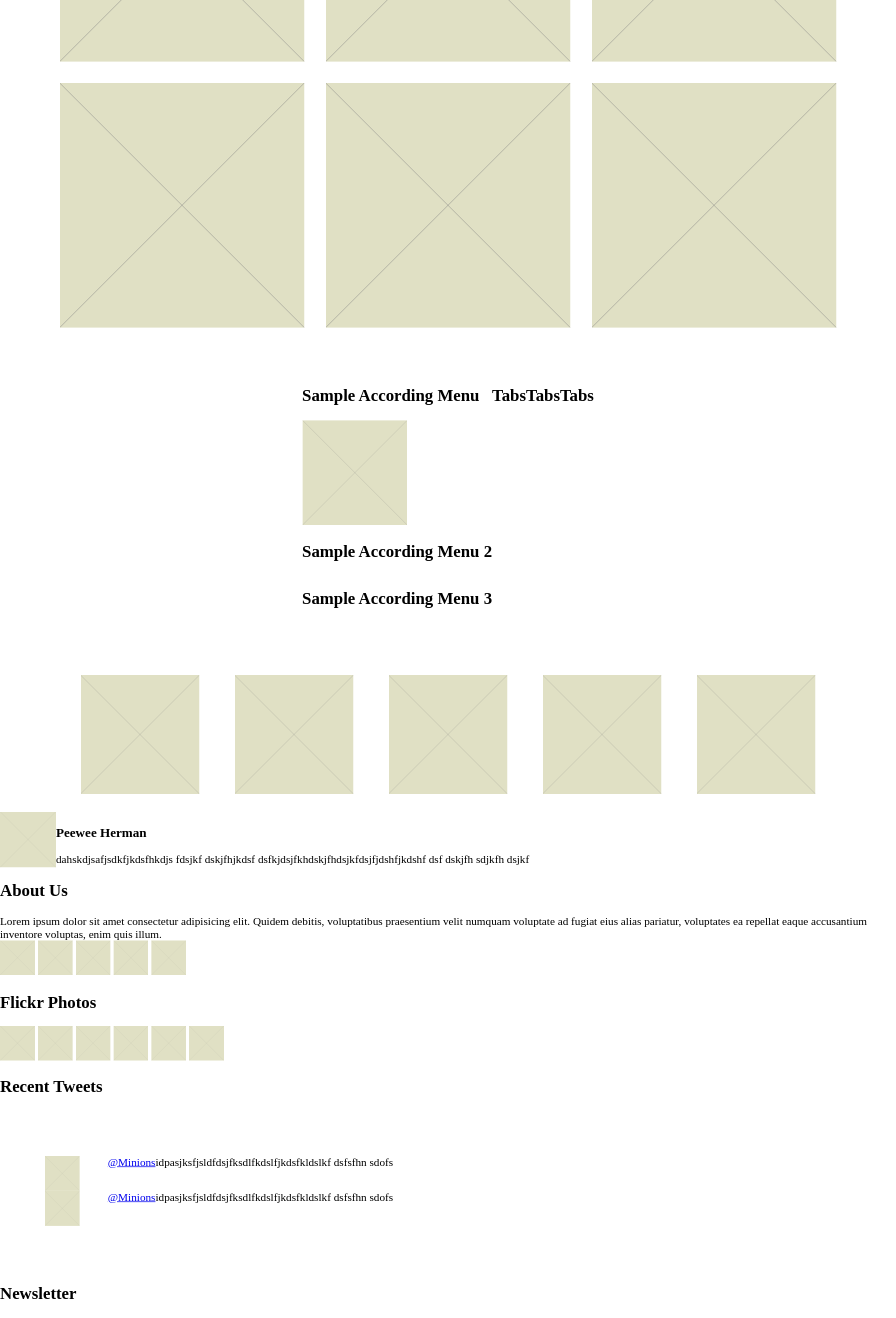
Repository: ReallyNguyen/responsive-web
Page: index.html
An editor plug-in stored every save of this project. The page is shown before and after the next save, followed by the edit.
The browser window is 1280 px wide. The pictures show the part of the page from y = 1305 to 3225 px (the page is 3188 px tall before and 3225 px after), at 70% of full size.

Above is the page before, as saved 2023-01-25 22:18:45.

### index.html
<!doctype html>
<html class="no-js" lang="">

<head>
  <meta charset="utf-8">
  <title></title>
  <meta name="description" content="">
  <meta name="viewport" content="width=device-width, initial-scale=1">

  <meta property="og:title" content="">
  <meta property="og:type" content="">
  <meta property="og:url" content="">
  <meta property="og:image" content="">

  <link rel="manifest" href="site.webmanifest">
  <link rel="apple-touch-icon" href="icon.png">
  <!-- Place favicon.ico in the root directory -->

  <link rel="stylesheet" href="css/normalize.css">
  <link rel="stylesheet" href="css/main.css">

  <meta name="theme-color" content="#fafafa">
</head>

<body>
  <header>
    <div class="nav-bar">
      <h1 class="company-name" >Metrolics</h1>
      <img class="logo" src="placeholder.svg" alt="company logo" width="50" height="50">
      <img class="accordian" src="placeholder.svg" alt="accordian here" width="50" height="50">

    </div>

    <div class="introduction">
      <h1> Hey guys! This is the Metrolics theme. It sports a responsive layout with a mobile layout.</h1>
    </div>


  </header>



  <article>

    <div class="Title">
      <h1>
        Things we do
      </h1>
      <p>
        ask what we do
      </p>
    </div>

    <main>

      <div class="Contents">
        <div class="Content">
          <img src="placeholder.svg" alt="" width="50" height="50">
          <div class="Description">
            <h4 class="topic">
              Web Solution
            </h4>
            <p> ajisdjsad</p>
          </div>
        </div>

        <div class="Content">
          <img src="placeholder.svg" alt="" width="50" height="50">
          <div class="Description">
            <h4 class="topic">
              Photography
            </h4>
            <p> ajisdjsad</p>
          </div>
        </div>

        <div class="Content">
          <img src="placeholder.svg" alt="" width="50" height="50">
          <div class="Description">
            <h4 class="topic">
              Web Development
            </h4>
            <p> ajisdjsad</p>
          </div>
        </div>

        <div class="Content">
          <img src="placeholder.svg" alt="" width="50" height="50">
          <div class="Description">
            <h4 class="topic">
              Web Design
            </h4>
            <p> ajisdjsad</p>
          </div>
        </div>



      </div>

      <div class="whats_up_lately">

        <div class="Title">
          <h1>
            What's up lately?
          </h1>
          <p>
            Read up on our latest work
          </p>
        </div>

        <div class="Boxes">
          <img class="Sample" src="placeholder.svg" alt="" width="360" height="360">
          <img class="Sample" src="placeholder.svg" alt="" width="360" height="360">
          <img class="Sample" src="placeholder.svg" alt="" width="360" height="360">
        </div>
      </div>

      <div class="our_latest_projects">

        <div class="Title">
          <h1>
            Our Latest Projects
          </h1>
          <p>
            Client happy? We are happy.
          </p>
        </div>

        <div class="Boxes">
          <img class="Sample" src="placeholder.svg" alt="">
          <img class="Sample" src="placeholder.svg" alt="">
          <img class="Sample" src="placeholder.svg" alt="">
          <img class="Sample" src="placeholder.svg" alt="">
          <img class="Sample" src="placeholder.svg" alt="">
          <img class="Sample" src="placeholder.svg" alt="">
        </div>
      </div>

      <div class="Bottom">
        <div class="Menu">
          <div class="Menu1">
            <h2>Sample According Menu</h2>
            <div class="Desc-Menu1"></div>
            <img src="placeholder.svg" alt="" width="150" height="150">
          </div>
          <h2>Sample According Menu 2</h2>
          <h2>Sample According Menu 3</h2>
        </div>
        <div class="Tabs">
          <h2>Tabs</h2>
          <h2>Tabs</h2>
          <h2>Tabs</h2>
        </div>
      </div>

      <div class="Companies">
        <img class="Companies-Logo" src="placeholder.svg" alt="">
        <img class="Companies-Logo" src="placeholder.svg" alt="">
        <img class="Companies-Logo" src="placeholder.svg" alt="">
        <img class="Companies-Logo" src="placeholder.svg" alt="">
        <img class="Companies-Logo" src="placeholder.svg" alt="">
      </div>


      <footer>

        <div class="founder">
          <img src="placeholder.svg" alt="" width="80" height="80">
          <div class="intro-text-box">
            <h3> Peewee Herman </h3>
            <p> dahskdjsafjsdkfjkdsfhkdjs fdsjkf dskjfhjkdsf dsfkjdsjfkhdskjfhdsjkfdsjfjdshfjkdshf dsf dskjfh sdjkfh dsjkf</p>
         </div>
        </div>


      <div class="about-us">
        <h2> About Us</h2>
      <div class="about-us-box">
        <p> Lorem ipsum dolor sit amet consectetur adipisicing elit. Quidem debitis, voluptatibus praesentium velit numquam voluptate ad fugiat eius alias pariatur, voluptates ea repellat eaque accusantium inventore voluptas, enim quis illum.</p>
        <div class="media">
          <img class="social-media" src="placeholder.svg" alt="" width="50" height="50">
          <img class="social-media" src="placeholder.svg" alt="" width="50" height="50">
          <img class="social-media" src="placeholder.svg" alt="" width="50" height="50">
          <img class="social-media" src="placeholder.svg" alt="" width="50" height="50">
          <img class="social-media" src="placeholder.svg" alt="" width="50" height="50">
        </div>
      </div>
      </div>

      <div class="flickr-photos">
        <h2> Flickr Photos</h2>
        <div class="photos">
          <img class="flickr-box" src="placeholder.svg" alt="" width="50" height="50">
          <img class="flickr-box" src="placeholder.svg" alt="" width="50" height="50">
          <img class="flickr-box" src="placeholder.svg" alt="" width="50" height="50">
          <img class="flickr-box" src="placeholder.svg" alt="" width="50" height="50">
          <img class="flickr-box" src="placeholder.svg" alt="" width="50" height="50">
          <img class="flickr-box" src="placeholder.svg" alt="" width="50" height="50">
        </div>
      </div>

      <div class="recent-tweets">
        <h2> Recent Tweets </h2>


        <div class="twitter-box">

          <div class="social-box-contents">
          <img src="placeholder.svg" alt="" width="50" height="50">
          <div class="social-text-box">
            <a href="url"> @Minions </a>
            <p> idpasjksfjsldfdsjfksdlfkdslfjkdsfkldslkf dsfsfhn sdofs </p>
        </div>
         </div>

        <div class="social-box-contents">
          <img src="placeholder.svg" alt="" width="50" height="50">
          <div class="social-text-box">
            <a href="url"> @Minions </a>
            <p> idpasjksfjsldfdsjfksdlfkdslfjkdsfkldslkf dsfsfhn sdofs </p>
          </div>
        </div>

      </div>
      </div>

      <div class="newsletter">
        <h2> Newsletter </h2>
      </div>

    </footer>

    </main>



  </article>
</body>

</html>

### css/main.css
.nav-bar {
  display: flex;
  flex-direction: row;
  justify-content: center;
  margin: 50px;
}

.introduction {
  display: flex;
  justify-content: center;
}

.founder {
  display: flex;
  justify-content: row;

}

.twitter-box {
  display: flex;
  justify-content: center;
  flex-direction: column;
  padding: 5%;

}



.social-text-box {
  display: flex;
  justify-content: center;
  padding-left: 40px;


}



.social-box-contents {
  display: flex;
  flex-direction: row;
}


article>div {
  margin: 15px;
}

.Title {
  display: flex;
  flex-direction: column;
  text-align: center;
  margin-top: 0;
}

main {
  display: flex;
  flex-direction: column;
  align-items: center;
}


.topic {
  margin: 0;
}

p {
  margin: 0px;
}

.Contents {
  display: flex;
  flex-direction: row;
}

.Content {
  display: flex;
  flex-direction: row;
  margin: 15px;
}

.Boxes {
  display: flex;
  display: flex;
  flex-wrap: wrap;
  justify-content: center;
}

.Sample {
  margin: 15px;
  width: 350px;
  height: 350px;
}

.Bottom {
  display: flex;
  flex-direction: row;
  margin: 50px;
}

.Menu {
  display: flex;
  flex-direction: column;
}

.Tabs {
  display: flex;
  flex-direction: row;
}

.Companies {
  display: flex;
  flex-direction: row;
}

.Companies-Logo {
  width: 170px;
  height: 170px;
  margin: 25px;
}

/* Small only */
@media screen and (max-width: 39.9375em) {
  header {
    display: flex;
    flex-direction: column;
    text-align: center;
    margin: 15px;
    font-size: 10px;
  }
}

/* Medium and up */
@media screen and (min-width: 40em) {
  h1 br {
    display: none;
  }

}

/* Medium only */
@media screen and (min-width: 40em) and (max-width: 63.9375em) {}

/* Large and up */
@media screen and (min-width: 64em) {}

/* Large only */
@media screen and (min-width: 64em) and (max-width: 74.9375em) {}

Loaded but not shown: css/normalize.css (library)

After the next save:
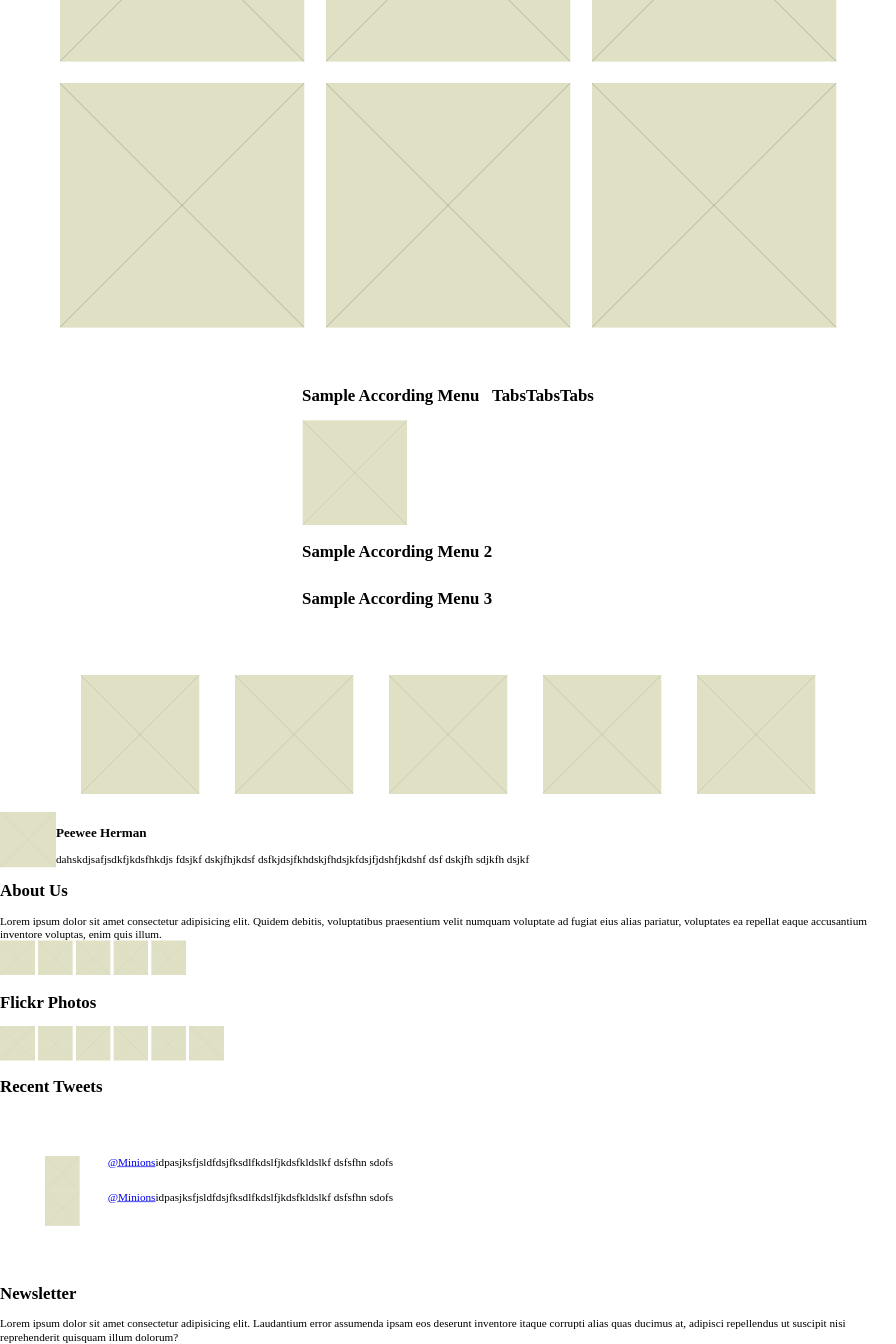
Saved 3 min 56 s later.
--- a/index.html
+++ b/index.html
@@ -227,6 +227,10 @@
 
       <div class="newsletter">
         <h2> Newsletter </h2>
+          <div class="newsletter-box">
+            <p> Lorem ipsum dolor sit amet consectetur adipisicing elit. Laudantium error assumenda ipsam eos deserunt inventore itaque corrupti alias quas ducimus at, adipisci repellendus ut suscipit nisi reprehenderit quisquam illum dolorum?</p>
+            <label for="email">
+          </div>
       </div>
 
     </footer>
